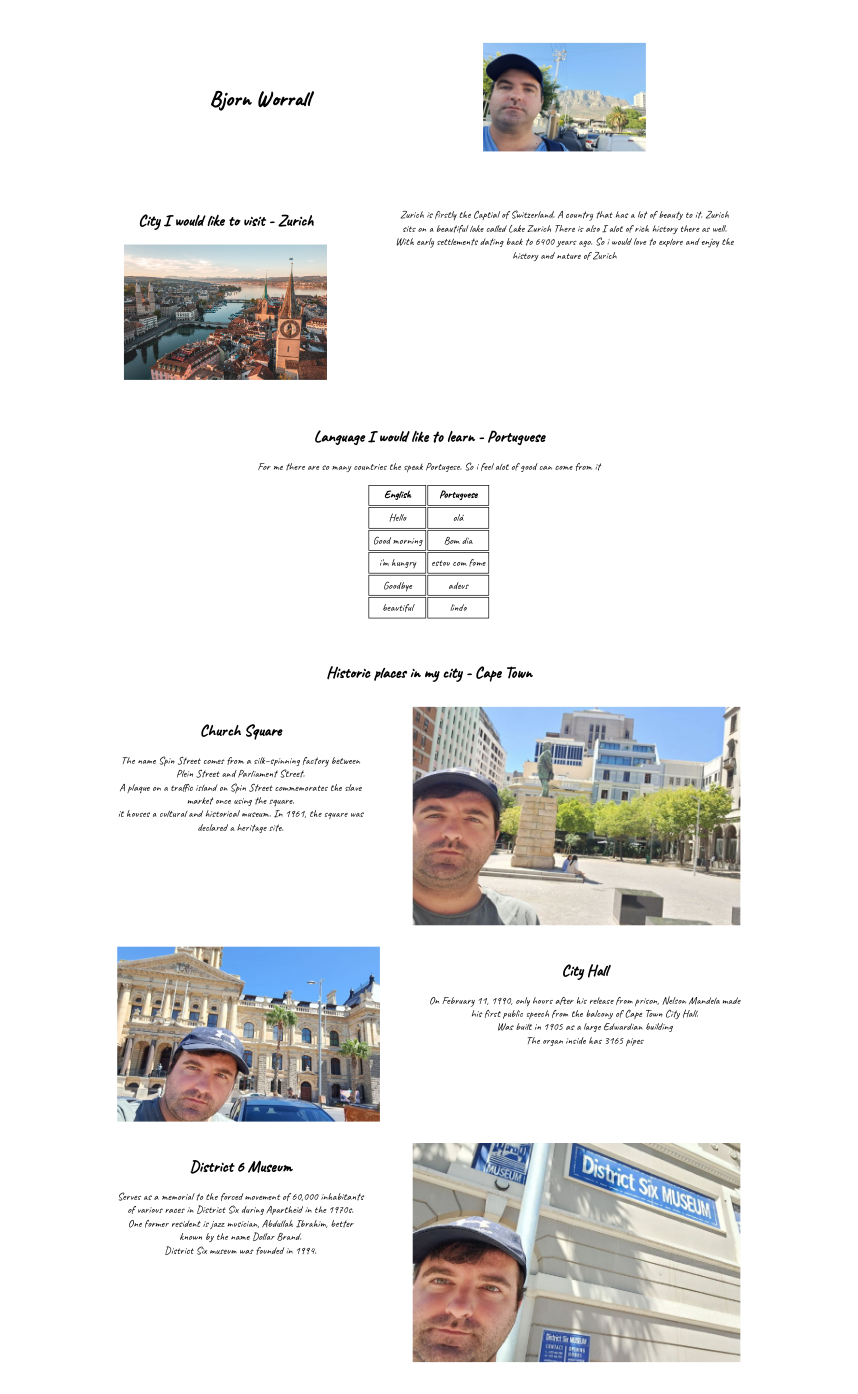
Repository: lasity34/basic-webpage
Page: index.html
These files come from the project's save history. The page is drawn as it stood at one moment and after the next save; the edit follows.
The browser window is 1280 px wide. The pictures show the whole page, at 67% of full size.

Above is the page before, as saved 2023-03-03 09:53:27.

### index.html
<!DOCTYPE html>
<html lang="en">
  <link rel="stylesheet" type="text/css" href="styles.css" />
  <link rel="preconnect" href="https://fonts.googleapis.com" />
  <link rel="preconnect" href="https://fonts.gstatic.com" crossorigin />
  <link
    href="https://fonts.googleapis.com/css2?family=Caveat&display=swap"
    rel="stylesheet"
  />
  <head>
    <meta charset="UTF-8" />
    <meta http-equiv="X-UA-Compatible" content="IE=edge" />
    <meta name="viewport" content="width=device-width, initial-scale=1.0" />
    <title>Bjorns Profile Reponsive</title>
  </head>
  <body>
    <main>
      <section id="profile_section">
        <h1 id="profile_name">Bjorn Worrall</h1>
        <div id="img_container">
          <img
            id="profile_img"
            src="./images/profile.jpg"
            alt="A picture of me with table Mountain at the back"
          />
        </div>
      </section>
      <section id="city_section">
        <div id="city_container">
          <h1>City I would like to visit - Zurich</h1>
          <img src="./images/zurich.jpg" width="100%" />
        </div>
        <p>
          Zurich is firstly the Captial of Switzerland. A country that has a lot
          of beauty to it. Zurich sits on a beautiful lake called Lake Zurich
          There is also I alot of rich history there as well. With early
          settlements dating back to 6400 years ago. So i would love to explore
          and enjoy the history and nature of Zurich
        </p>
      </section>
      <section id="language">
        <h1>Language I would like to learn - Portuguese</h1>
        <p>
          For me there are so many countries the speak Portugese. So i feel alot
          of good can come from it
        </p>

        <table>
          <tr>
            <th>English</th>
            <th>Portuguese</th>
          </tr>
          <tr>
            <td>Hello</td>
            <td>olá</td>
          </tr>
          <tr>
            <td>Good morning</td>
            <td>Bom dia</td>
          </tr>
          <tr>
            <td>i'm hungry</td>
            <td>estou com fome</td>
          </tr>
          <tr>
            <td>Goodbye</td>
            <td>adeus</td>
          </tr>
          <tr>
            <td>beautiful</td>
            <td>lindo</td>
          </tr>
        </table>
      </section>
      <section>
        <h1>Historic places in my city - Cape Town</h1>
        <div class="places_container">
          <div class="places_info">
            <h2>Church Square</h2>
            <li>
              The name Spin Street comes from a silk–spinning factory between
              Plein Street and Parliament Street.
            </li>
            <li>
              A plaque on a traffic island on Spin Street commemorates the slave
              market once using the square.
            </li>
            <li>
              it houses a cultural and historical museum. In 1961, the square
              was declared a heritage site.
            </li>
          </div>
          <img src="./images/church_square.jpg" />
        </div>
        <div class="places_container">
          <img src="./images/city_hall.jpg" />
          <div id="places_info_hall">
            <h2>City Hall</h2>
            <li>
              On February 11, 1990, only hours after his release from prison,
              Nelson Mandela made his first public speech from the balcony of
              Cape Town City Hall.
            </li>
            <li>Was built in 1905 as a large Edwardian building</li>
            <li>The organ inside has 3165 pipes</li>
          </div>
        </div>
        <div class="places_container">
            <div class="places_info">
              <h2>District 6 Museum</h2>
              <li>
                Serves as a memorial to the forced movement of 60,000 inhabitants of various races in District Six during Apartheid in the 1970s.
              </li>
              <li>
                One former resident is jazz musician, Abdullah Ibrahim, better known by the name Dollar Brand.
              </li>
              <li>
                District Six museum was founded in 1994.
              </li>
            </div>
            <img src="./images/district_6.jpg" />
          </div>
        </div>
      </section>
    </main>
  </body>
</html>

### styles.css
/* global */

* {
  font-family: "Caveat", "Arial Narrow", Arial, sans-serif;
}

main {
  max-width: 95%;
  margin: 2rem auto;
}

li {
  list-style: none;
}

section {
  margin-top: 4rem;
  text-align: center;
}

/* profile */

#profile_name {
  font-size: 2rem;
  text-align: center;
}

#img_container {
  text-align: center;
}

#profile_img {
  width: 60%;
}

/* language */

table {
  margin: auto;
}

td,
th {
  border: 1px solid black;
  padding: 0.3em;
}

/* historic places */

.places_container {
  display: grid;
  grid-template-columns: 40% 50%;
  padding: 1em;
  justify-content: space-around;
}

.places_info {
  padding-right: 1.5em;
}

#places_info_hall {
  padding-left: 1.5em;
}

.places_container img {
  width: 100%;
  margin: auto;
}

/* max-width 767px */


@media (max-width: 567px) {
  .places_container {
    display: flex;
    flex-direction: column;
    margin: 0.5em 0;
    padding: 0 0.5em;
    border-top: 1px black solid;
  }

 #places_info_hall {
  order: -1;
  padding-left: 0;
  }

  .places_info, #places_info_hall {
    margin-bottom: 2em;
  }
}

@media (min-width: 1000px) {

  main {
    max-width: 80%;
  }

  #profile_section {
    display: grid;
    grid-template-columns: 50% 40%;


  }

  #profile_name {
    margin: auto 0;
  }

  #city_section {
    display: grid;
    justify-content: space-around;
    grid-template-columns: 30% 50%;
  }
}

After the next save:
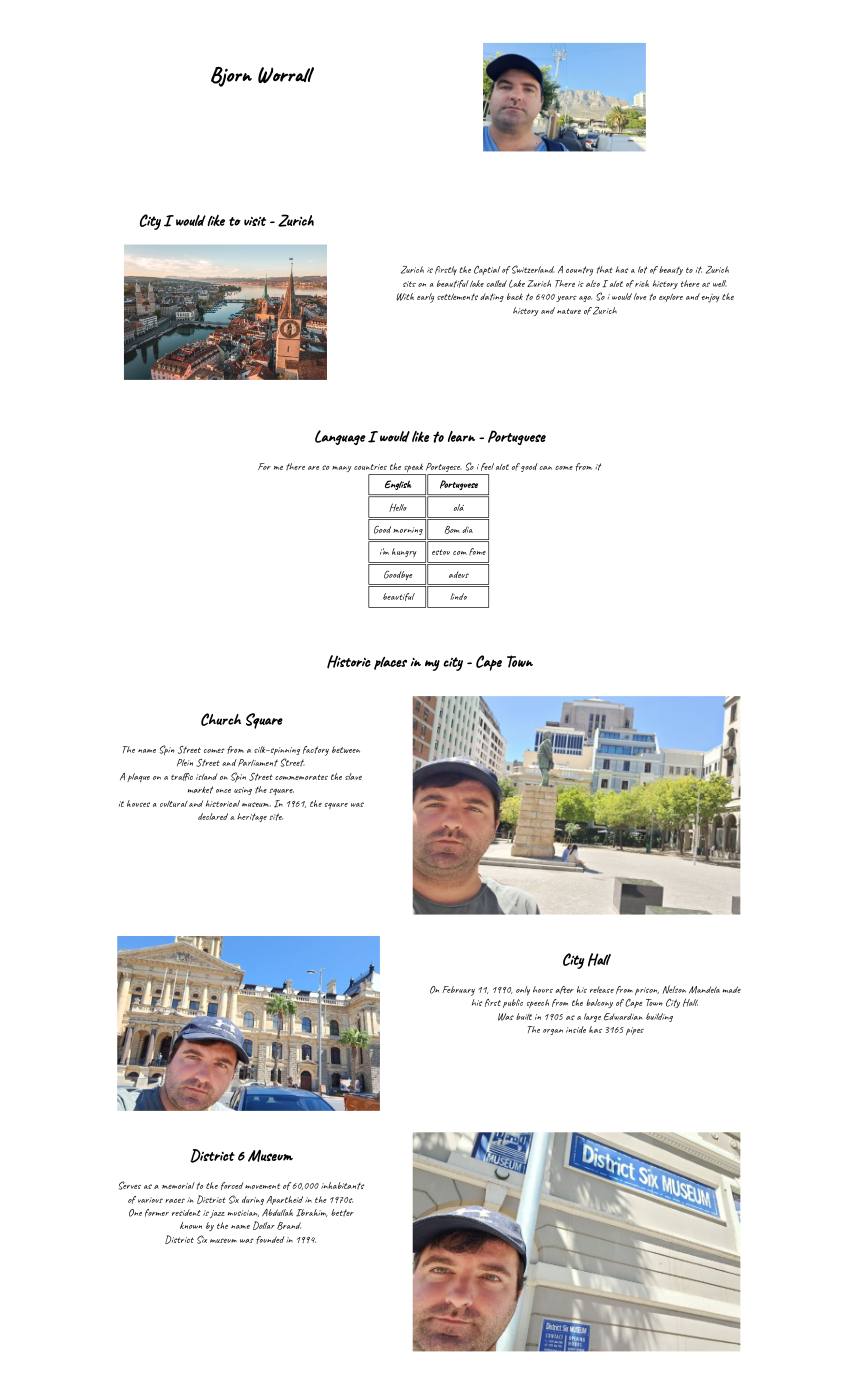
Saved 62 s later.
--- a/styles.css
+++ b/styles.css
@@ -102,7 +102,7 @@ th {
 
   }
 
-  #profile_name {
+  p {
     margin: auto 0;
   }
 
